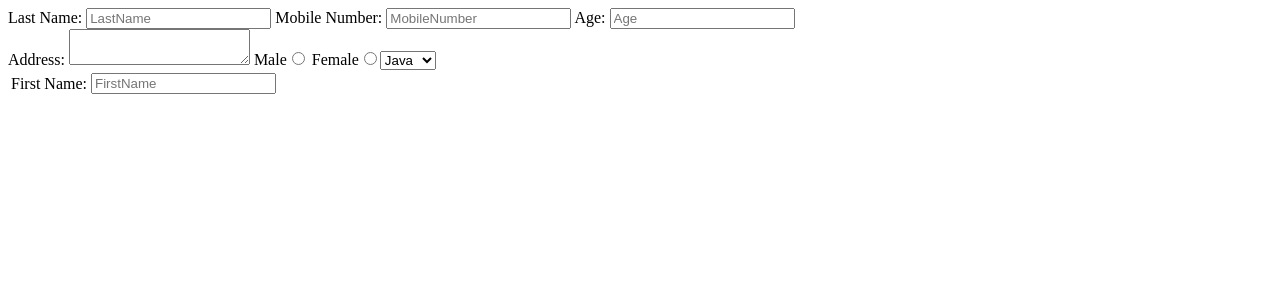
Repository: Ganesh281996/Ganesh
Page: BasicHtml/WebContent/Login.html
The author's editor kept a copy of each file at every save. The page is drawn from the files as they stood at one save, then again after the next save.
The browser window is 1280 px wide. The pictures show the whole page.

Above is the page before, as saved 2018-03-27 12:03:19.

### BasicHtml/WebContent/Login.html
<!DOCTYPE html>
<html>
<head>
<meta charset="UTF-8">
<title>Insert title here</title>
</head>
<body>
<form action="">
<table>

<tr>
<td>First Name:	</td><td> <input  id="FirstName" placeholder="FirstName"></td>
 </tr>
 <tr>
Last Name: <input id="LastName" placeholder="LastName">
</tr>
<tr>
Mobile Number: <input id="Mobile" placeholder="MobileNumber">
</tr>
<tr>
Age: <input id="Age" placeholder="Age"><br>
</tr>
<tr>
Address: <textarea id="Address" placeholder="Address">  </textarea>
</tr>
<tr>
Male<input type="radio" name="Gender" value="Male">
Female<input type="radio" name="Gender" value="Female">
<select>
<option value="Java">Java</option>
<option value=".Net">.Net</option>
<option value="C++">C++</option>
<option value="Mean">Mean</option>
</select>
</table>
</form>
</body>
</html>

After the next save:
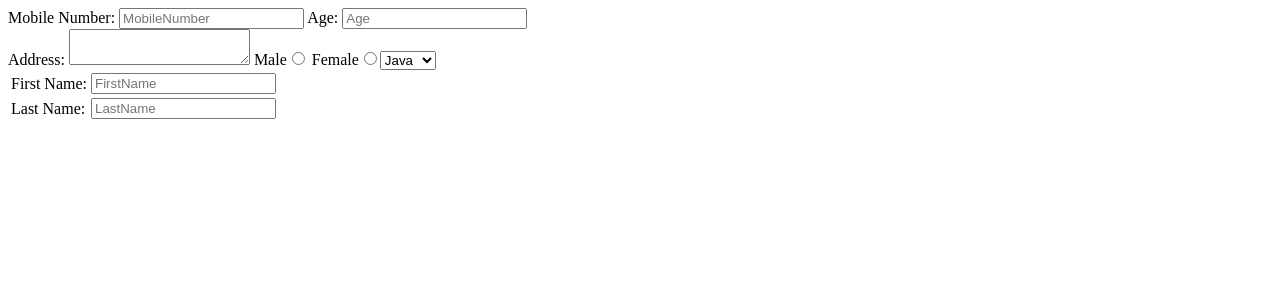
Saved 44 s later.
--- a/BasicHtml/WebContent/Login.html
+++ b/BasicHtml/WebContent/Login.html
@@ -12,7 +12,7 @@
 <td>First Name:	</td><td> <input  id="FirstName" placeholder="FirstName"></td>
  </tr>
  <tr>
-Last Name: <input id="LastName" placeholder="LastName">
+<td>Last Name:</td> <td><input id="LastName" placeholder="LastName"></td>
 </tr>
 <tr>
 Mobile Number: <input id="Mobile" placeholder="MobileNumber">
